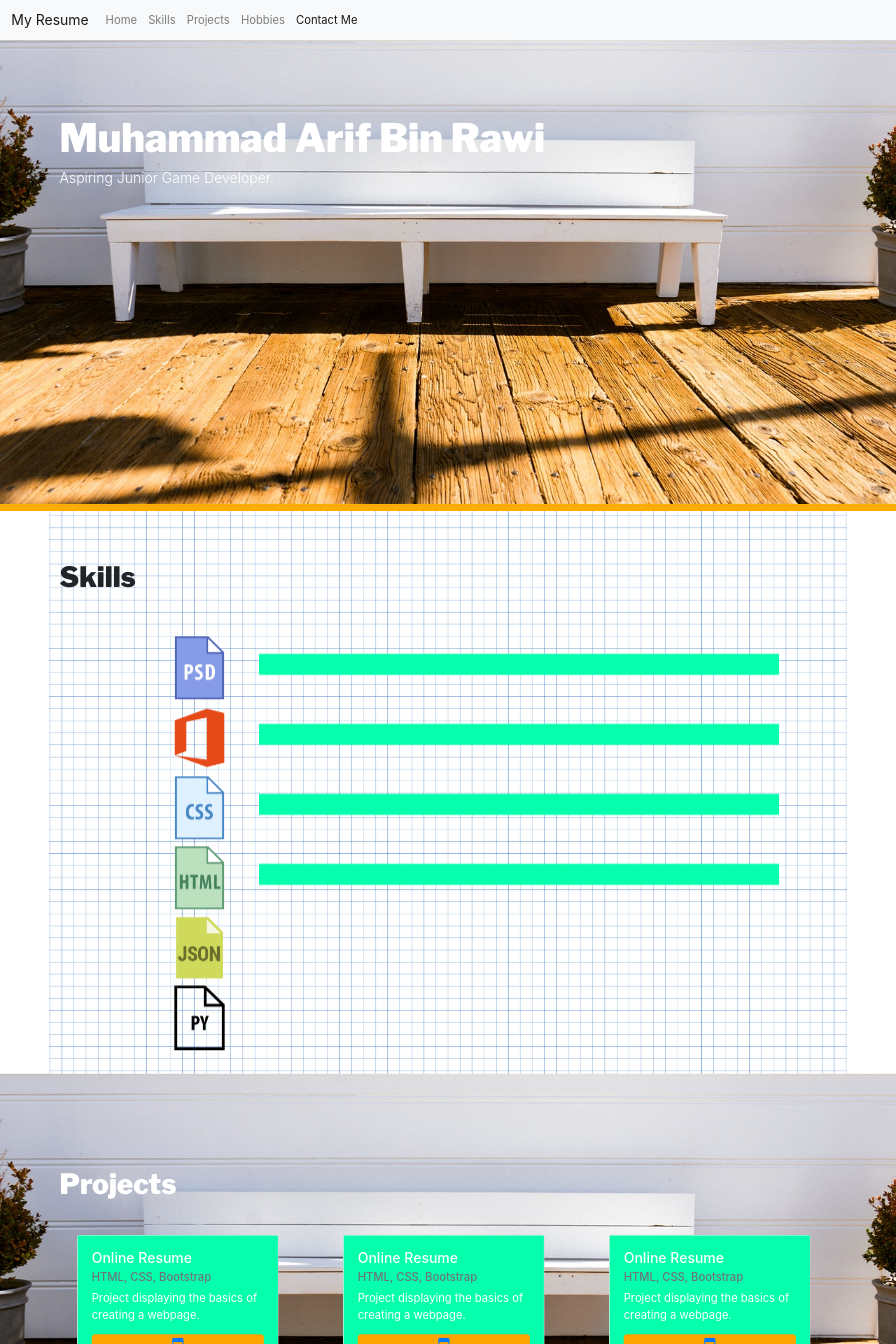
Repository: muhdarifrawi/resume-project
Page: index.html
The author's editor kept a record of every edit. The page is drawn from the files as they stood at one moment, then again after the next edit.
The browser window is 1280 px wide. The pictures show the part of the page from y = 0 to 1920 px (the page is 3769 px tall), at 70% of full size.
Some web libraries are served in a nearby version.

Above is the page before.

After the next edit:
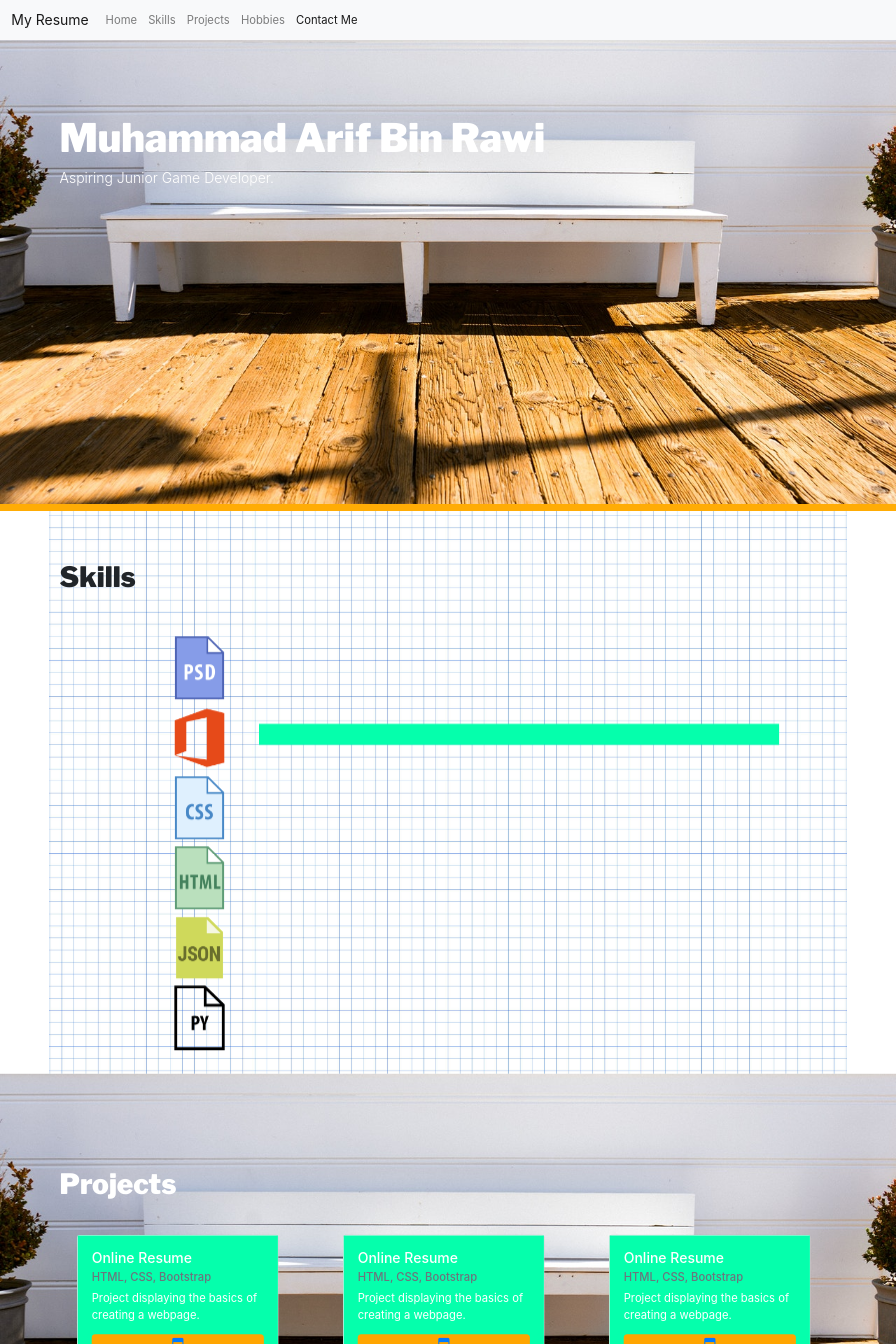
The edit:
--- a/style.css
+++ b/style.css
@@ -184,7 +184,7 @@
     width:0%;
     height:30px;
     background-color:blue;
-    animation-name: grow;
+    animation-name: gd;
     animation-duration: 4s;
     animation-fill-mode:forwards;
     transform:translate(0, 100%);

After the edit that followed:
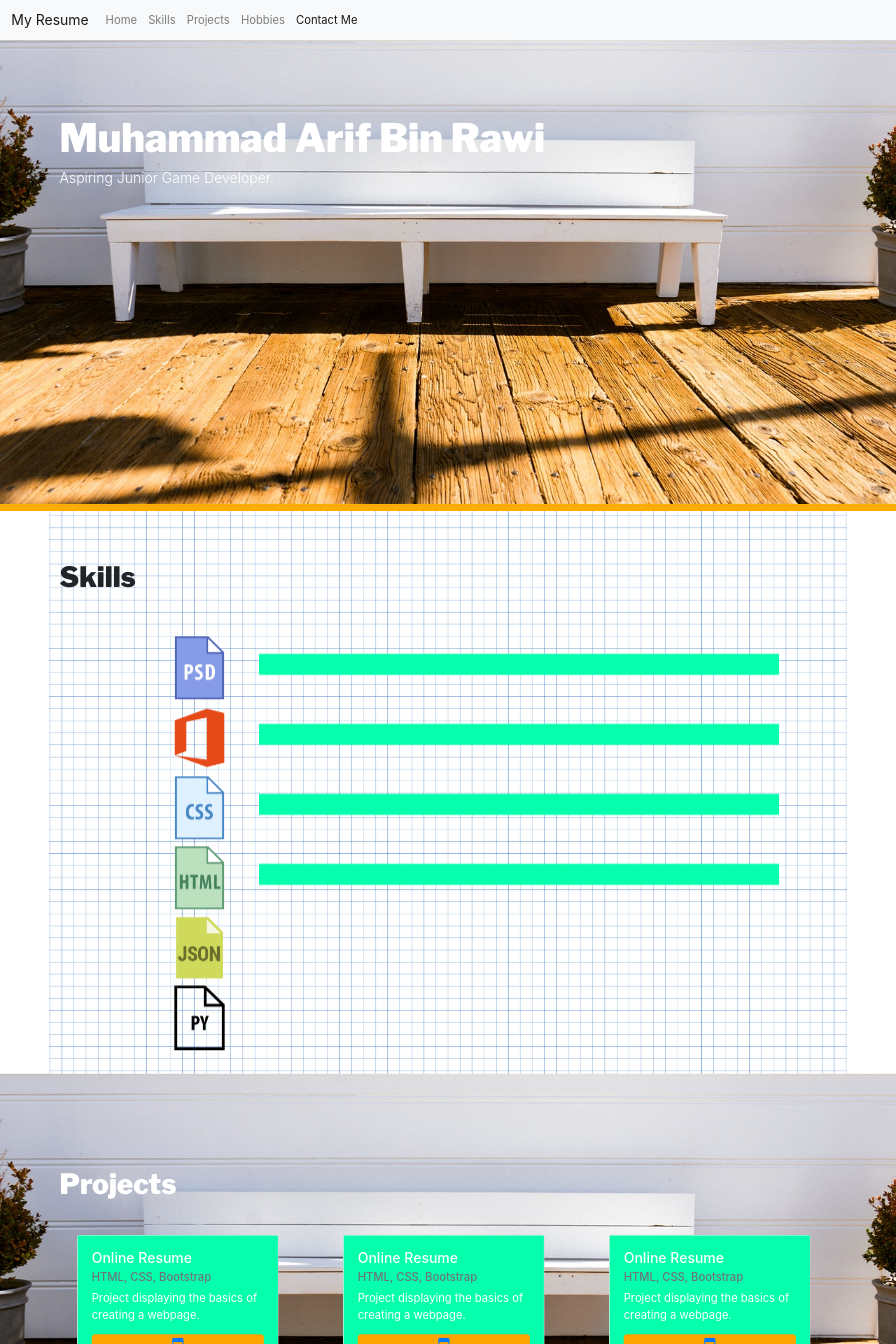
The edit:
--- a/style.css
+++ b/style.css
@@ -190,7 +190,7 @@
     transform:translate(0, 100%);
 }
 
-@keyframes grow{
+@keyframes gd{
 
     from{
         width:0%;
